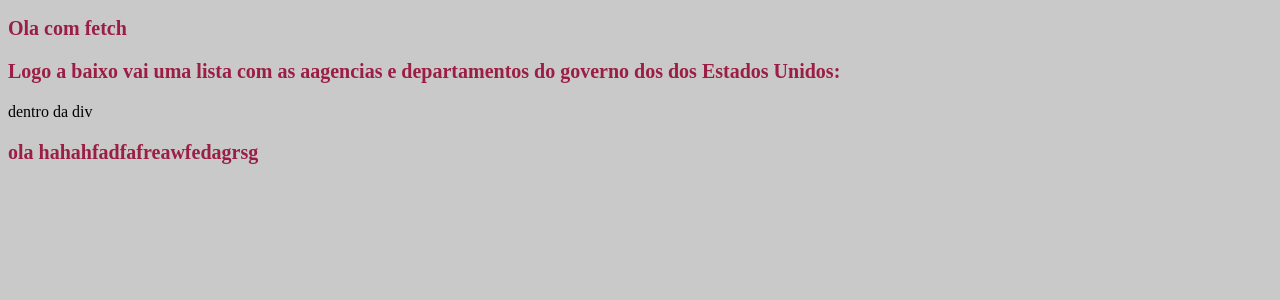
Repository: gustavo-eng/usaJobs
Page: index.html
The author's editor kept a copy of each file at every save. The page is drawn from the files as they stood at one save, then again after the next save.
The browser window is 1280 px wide. The pictures show the whole page.
The page's requests for data from a server got no answer.

Above is the page before, as saved 2023-01-08 16:35:36.

After the next save:
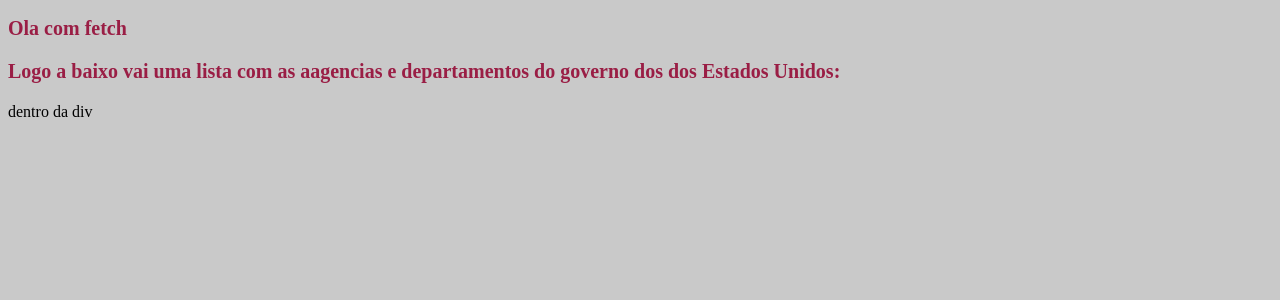
Console error: ReferenceError: a is not defined
Saved 73 s later.
--- a/index.html
+++ b/index.html
@@ -16,10 +16,13 @@
 
     </div>
     <script>
-        document.querySelector('div').innerHTML = 'dentro da div '
+        const div =  document.querySelector('div').innerHTML = 'dentro da div '
         const paragrafo = document.createElement("p")
-        paragrafo.innerText = 'ola hahahfadfafreawfedagrsg'
+        paragrafo.innerText = ''
         document.body.appendChild(paragrafo)
+
+
+
         fetch('https://data.usajobs.gov/api/codelist/agencysubelements')
             .then(res => res.json())
             .then((dados) =>  {
@@ -28,10 +31,11 @@
             })
 
 
-        // let saida = ' '
-        // a.map((job) => {
-        //     return
-        // })
+
+        let saida = ' '
+        a.map((job) => {
+            return
+        })
 
 
 
